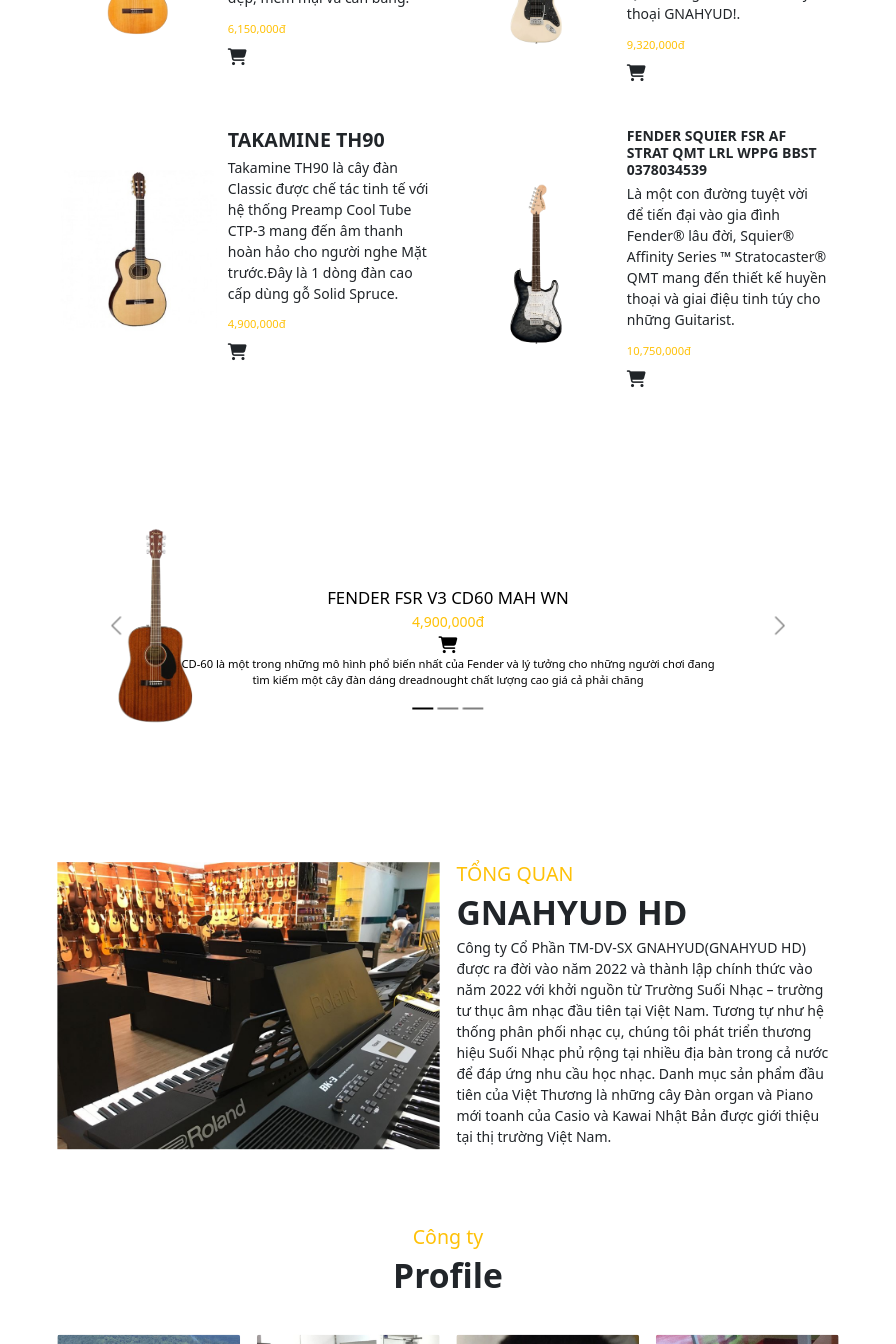
Repository: HoangDuy315/guitar
Page: index.html
These files come from the project's save history. The page is drawn as it stood at one moment and after the next save; the edit follows.
The browser window is 1280 px wide. The pictures show the part of the page from y = 1484 to 3404 px (the page is 4970 px tall), at 70% of full size.
Some web libraries are served in a nearby version.

Above is the page before, as saved 2022-09-17 20:15:00.

After the next save:
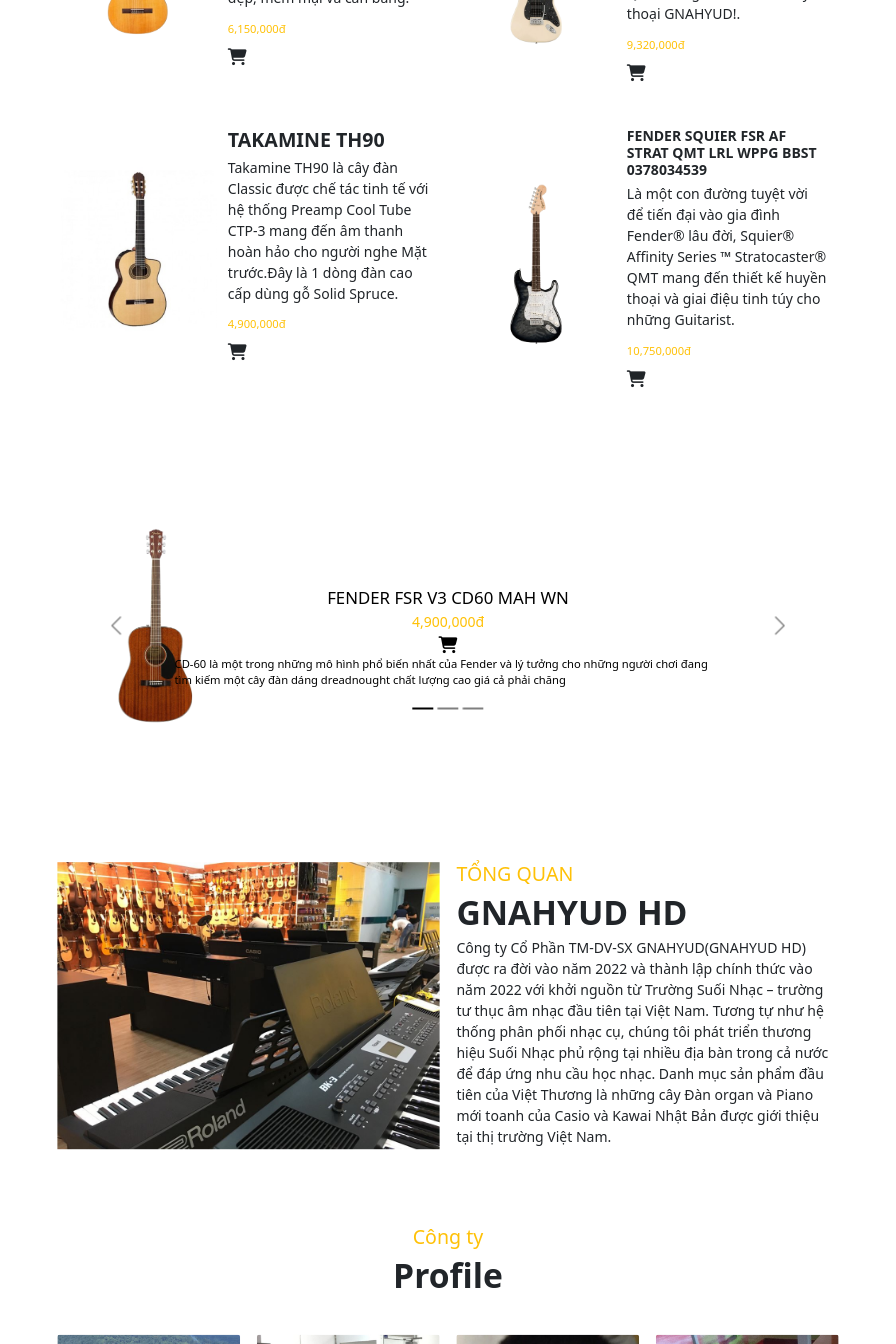
Saved 27 s later.
--- a/index.html
+++ b/index.html
@@ -214,7 +214,7 @@
                             <h3 class="fs-4">FENDER FSR V3 CD60 MAH WN</h3>
                             <h5 class="text-warning">4,900,000đ</h5>
                             <i class="fa-solid fa-cart-shopping fs-4"></i>
-                            <p class="fs-8">CD-60 là một trong những mô hình phổ biến nhất của Fender và lý tưởng cho những người chơi đang tìm kiếm một cây đàn dáng dreadnought chất lượng cao giá cả phải chăng</p>
+                            <p class="fs-8 text-md-start">CD-60 là một trong những mô hình phổ biến nhất của Fender và lý tưởng cho những người chơi đang tìm kiếm một cây đàn dáng dreadnought chất lượng cao giá cả phải chăng</p>
                           </div>
                         </div>
                         <div class="carousel-item" data-bs-interval="2000">
